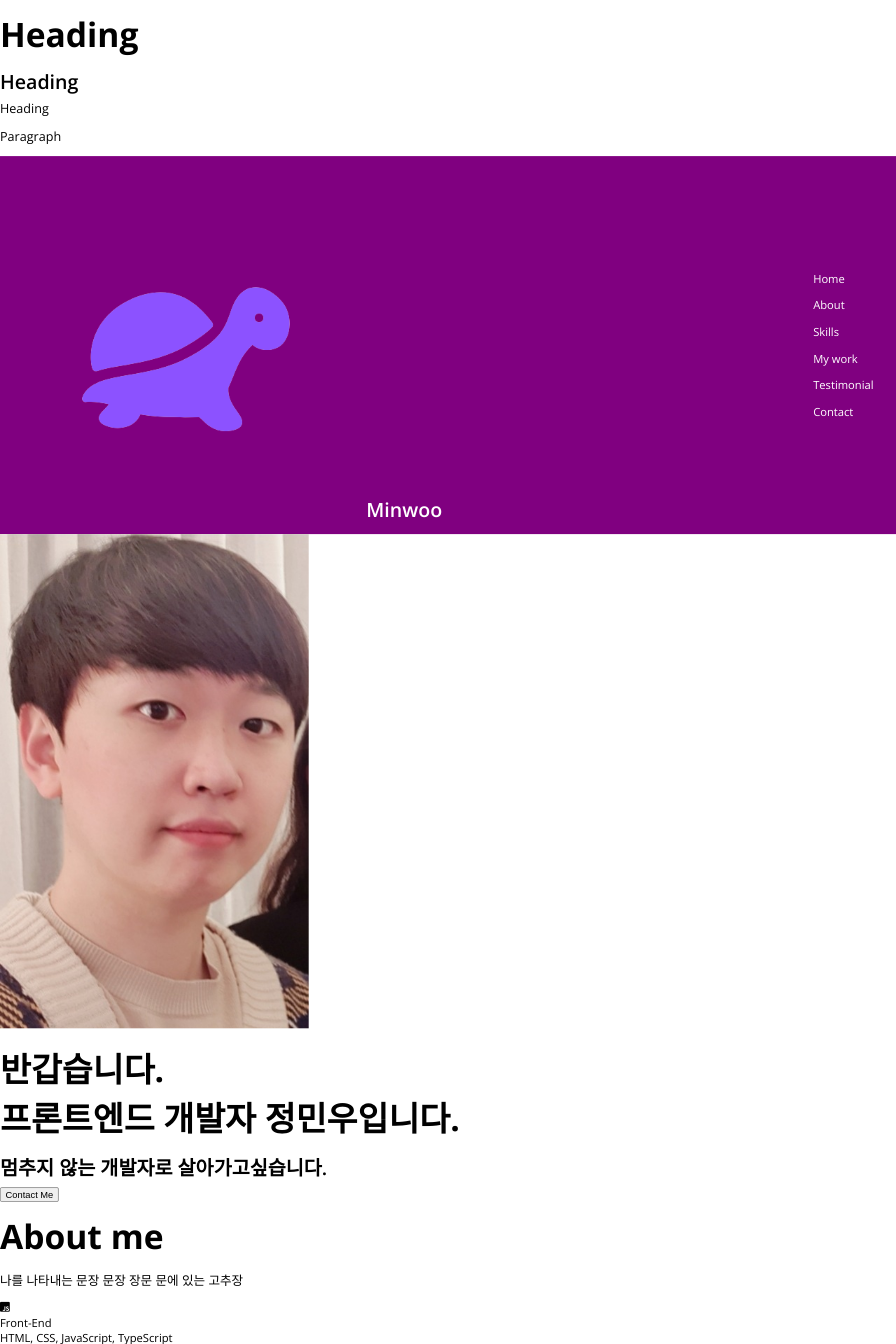
Repository: DevMinwoo-Jung/MinwooPortfolio
Page: index.html
These files come from the project's save history. The page is drawn as it stood at one moment and after the next save; the edit follows.
The browser window is 1280 px wide. The pictures show the part of the page from y = 0 to 1920 px (the page is 7381 px tall), at 70% of full size.

Above is the page before, as saved 2021-05-31 14:14:34.

### index.html
<!DOCTYPE html>
<html lang="en">
<head>
  <meta charset="UTF-8">
  <meta http-equiv="X-UA-Compatible" content="IE=edge">
  <meta name="viewport" content="width=device-width, initial-scale=1.0">
  <title>Minwoo's Portfolio</title>
  <meta name="description" content="(will be) world-renowned Front-End Web developer Minwoo">
  <meta name="author" content= "Minwoo Jung">
  <link rel="icon" type ="image/png" href="imgs/favicon.png">
  <link rel="stylesheet" href="https://use.fontawesome.com/releases/v5.15.3/css/all.css" integrity="sha384-SZXxX4whJ79/gErwcOYf+zWLeJdY/qpuqC4cAa9rOGUstPomtqpuNWT9wdPEn2fk" crossorigin="anonymous">
  <link rel="preconnect" href="https://fonts.gstatic.com">
<link href="https://fonts.googleapis.com/css2?family=Open+Sans:wght@400;600;700&display=swap" rel="stylesheet">
<link rel="stylesheet" href="style.css">
<script src="main.js" defer></script>
</head>
<body>
  <h1>Heading</h1>
  <h2>Heading</h2>
  <h3>Heading</h3>
  <p>Paragraph</p>
  <!-- Navbar -->
  <nav id="navbar">
    <div class="navbar__logo">
      <img src="imgs/favicon.png" alt="">
      <a href="#">Minwoo</a>
    </div>
      <ul class="nvabar__menu">
        <li class="navbar__menu__item">Home</li>
        <li class="navbar__menu__item">About</li>
        <li class="navbar__menu__item">Skills</li>
        <li class="navbar__menu__item">My work</li>
        <li class="navbar__menu__item">Testimonial</li>
        <li class="navbar__menu__item">Contact</li>
      </ul>
  </nav>
  <!-- Home -->
  <section id="home">
    <img src="imgs/myPhoto.jpg" alt="Minwoo's profile photo" class="home__avatar">
    <h1 class="home__title">반갑습니다. <br> 프론트엔드 개발자 정민우입니다.</h1>
    <h2 class="home__description">멈추지 않는 개발자로 살아가고싶습니다.</h2>
    <button class="home__contact">Contact Me</button>
  </section>
  <!-- About -->
  <section id="about">
    <h1>About me</h1>
    <p>나를 나타내는 문장 문장 장문 문에 있는 고추장</p>
    <div class="about__majors">
      <div class="major">
        <div class="major__icon">
          <i class="fab fa-js-square"></i>
        </div>
        <div class="major__title">Front-End</div>
        <div class="major__description">
          HTML, CSS, JavaScript, TypeScript
        </div>
      </div>
      <div class="major">
        <div class="major__icon">
          <i class="fab fa-node"></i>
        </div>
        <div class="major__title">Back-End</div>
        <div class="major__description">
          HTML, CSS, JavaScript, TypeScript
        </div>
      </div>
      <div class="major">
        <div class="major__icon">
          <i class="fab fa-react"></i>
        </div>
        <div class="major__title">Framework</div>
        <div class="major__description">
          HTML, CSS, JavaScript, TypeScript
        </div>
      </div>
    </div>
    <div class="aoubt__jobs">
      <img src="imgs/school.png" alt="" class="job__logo">
      <p class="job__period">쌍용교육센터 - 2019.09 ~ 2020.04</p>
      <img src="imgs/school.png" alt="" class="job__logo">
      <p class="job__period">호서대학교 - 2012.02 ~ 2017.02</p>
    </div>



  </section>
  <!-- Skills -->
  <section id="skills">
    <h1>Skills</h1>
    <h2>Skills & Attributes</h2>
    <p>
      나를 잘 포장할 말을 쓰면 된다
    </p>
    <div class="skillset">
      <div class="skillset__left">
        <h3 class="skillset__title">Skills</h3>
        <div class="skill">
          <div class="skill__description">
            <span>HTML</span>
            <span>90%</span>
          </div>
          <div class="skill__bar">
            <div class="skill__value"></div>
          </div>
        </div>
        <div class="skill">
          <div class="skill__description">
            <span>JavaScript</span>
            <span>90%</span>
          </div>
          <div class="skill__bar">
            <div class="skill__value"></div>
          </div>
        </div>
        <div class="skill">
          <div class="skill__description">
            <span>CSS</span>
            <span>90%</span>
          </div>
          <div class="skill__bar">
            <div class="skill__value"></div>
          </div>
        </div>
        <div class="skill">
          <div class="skill__description">
            <span>TypeScript</span>
            <span>90%</span>
          </div>
          <div class="skill__bar">
            <div class="skill__value"></div>
          </div>
        </div>
        <div class="skill">
          <div class="skill__description">
            <span>NodeJs</span>
            <span>90%</span>
          </div>
          <div class="skill__bar">
            <div class="skill__value"></div>
          </div>
        </div>
      </div>
      <div class="skillset__right">
        <div class="tools">
          <h3 class="skillset__title">Tools</h3>
          <ul class="tools__list">
            <li><span>Visual Studio Code</span></li>
            <li><span>1</span></li>
            <li><span>2</span></li>
            <li><span>3</span></li>
            <li><span>4</span></li>
          </ul>
        </div>
        <div class="etc">
          <h3 class="skillset__title">Etc</h3>
          <ul class="etc__list">
            <li><span>Git</span></li>
            <li><span>Etc</span></li>
          </ul>
        </div>
      </div>
    </div>
  </section>
  <!-- Work -->
  <section id="work">
    <h1>My work</h1>
    <h3>Projects</h3>
    <div class="work__categories">
      <button class="category__btn">All <span class="category__count">8</span></button>
      <button class="category__btn">Front-End <span class="category__count">3</span></button>
      <button class="category__btn">React <span class="category__count">2</span></button>
      <button class="category__btn">vanilaJs <span class="category__count">2</span></button>
      <button class="category__btn">nodeJs <span class="category__count">1</span></button>
    </div>
    <div class="wrok__projects">
      <a href="mygithub" class="project__img" target="blank" data-type="back-end">
      <img src="imgs/favicon.png" alt="project1">
      <!-- 이미지 추후에 넣자 -->
      <div class="project__description">
        <h3>Proejct</h3>
        <span>Clone coding with HTML and CSS</span>
      </div>
      </a>
      <a href="mygithub" class="project__img" target="blank" data-type="back-end">
        <img src="imgs/favicon.png" alt="project1">
        <!-- 이미지 추후에 넣자 -->
        <div class="project__description">
          <h3>Proejct</h3>
          <span>Clone coding with HTML and CSS</span>
        </div>
        </a>
        <a href="mygithub" class="project__img" target="blank" data-type="back-end">
          <img src="imgs/favicon.png" alt="project1">
          <!-- 이미지 추후에 넣자 -->
          <div class="project__description">
            <h3>Proejct</h3>
            <span>Clone coding with HTML and CSS</span>
          </div>
          </a>
          <a href="mygithub" class="project__img" target="blank" data-type="back-end">
            <img src="imgs/favicon.png" alt="project1">
            <!-- 이미지 추후에 넣자 -->
            <div class="project__description">
              <h3>Proejct</h3>
              <span>Clone coding with HTML and CSS</span>
            </div>
            </a>
    </div>
  </section>
  <!-- Testimonials -->
  <section id="testimonials">
    <h1>Testmonials</h1>
    <h3>See what they say about me</h3>
    <div class="testmonials">
      <div class="testimonial">
        <img src="imgs/testimonail/people.jpg" alt="" class="testimonial__avatar">
        <div class="testimonail__speech-bubble">
          <p>qmffkqmffk</p>
          <p class="name"><a href="">이름</a>일한곳</p>
        </div>
      </div>
      <div class="testimonial">
        <img src="imgs/testimonail/people.jpg" alt="" class="testimonial__avatar">
        <div class="testimonail__speech-bubble">
          <p>qmffkqmffk</p>
          <p class="name"><a href="">이름</a>일한곳</p>
        </div>
      </div>
    </div>
  </section>
  <!-- Contact -->
  <section id="contact">
    <h1 class="contact__title">Let's talk</h1>
    <h2 class="contact__email">applejung312@gmail.com</h2>
    <div class="contact__links">
      <a href="https://github.com/DevMinwoo-Jung" target="_blank">
        <i class="fab fa-github"></i>
      </a>
      <a href="https://dev-minwoo.tistory.com/" target="_blank">
        <i class="fas fa-blog"></i>
      </a>
    </div>
    <p class="contact__right">
      2021 Minwoo Jung - All rights reseverd
    </p>
  </section>
</body>
</html>

### style.css
/* Global */
:root {
  /* Color */
  --color-white: #ffffff;
  --color-light-white: #eeeeee;
  --color-dark-white: #bdbdbd;
  --color-pink: #fe918d;
  --color-dark-pink: #ff6863;
  --color-dark-grey: #4d4d4d;
  --color-grey: #616161;
  --color-light-grey: #7c7979;
  --color-blue: #73aace;
  --color-yellow: #fff7d1;
  --color-orange: #feb546;
  --color-black: #000000;
  --color-dard-purple: rgb(78, 23, 69);

  /* Font size */
  --font-large: 48px;
  --font-medium: 28px;
  --font-regular: 18px;
  --font-small: 16px;
  --font-micro: 14px;

  /* Font weight */
  --weight-bold: 700;
  --weight-semi-bold: 600;
  --weight-regular: 400;

  /* Size */
  --size-border-radius: 4px;
}

/* Universal tags */
* {
  box-sizing: border-box;
}

/* Typography */
h1 {
  font-size: var(--font-large);
  font-weight: var(--weight-bold);
  color: var(--color-black);
  margin: 16px 0px;
}

h2 {
  font-size: var(--font-medium);
  font-weight: var(--weight-semi-bold);
  color: var(--color-black);
  margin: 8px 0;
}

h3 {
  font-size: var(--font-regular);
  font-weight: var(--weight-regular);
  color: var(--color-black);
  margin: 8px 0;
}

p {
  font-size: var(--font-regular);
  font-weight: var(--weight-regular);
  color: var(--color-black);
  margin: 16px 0;
}

body {
  margin: 0;
  font-family: "Open Sans", sans-serif;
  cursor: default;
}

a {
  text-decoration: none;
  color: var(--color-white);
}

ul {
  list-style: none;
  padding-left: 0;
}

/* Navbar */
#navbar {
  display: flex;
  justify-content: space-between;
  background-color: purple;
  align-items: center;
  color: var(--color-white);
  padding: 16px;
}

.navbar__menu {
  display: flex;
}

.navbar__menu__item {
  padding: 8px 12px;
  margin: 0 4px;
  cursor: pointer;
  border-radius: var(--size-border-radius);
}

.navbar__logo {
  font-size: var(--font-medium);
  font-weight: var(--weight-semi-bold);
}

.navbar__menu__item--active {
  border: 1px solid var(--color-white);
}

.navbar__menu__item:hover {
  background-color: var(--color-dard-purple);
}

/* Home */
#home {
  background-color: url("imgs/background\ Img.png");
}

Loaded but not shown: main.js (no copy from this time; the picture is the same without it)

After the next save:
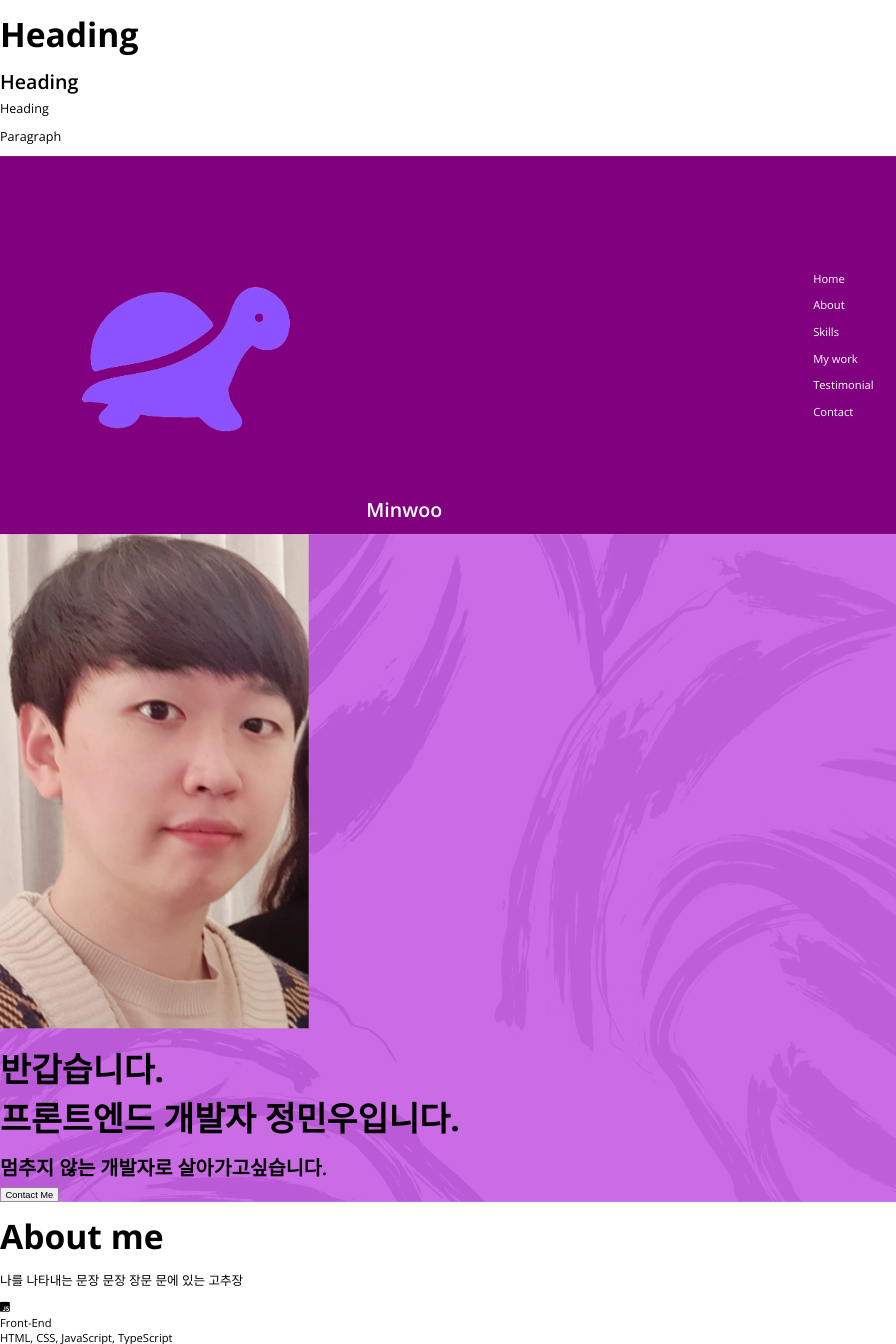
Saved 14 s later.
--- a/style.css
+++ b/style.css
@@ -117,5 +117,5 @@ ul {
 
 /* Home */
 #home {
-  background-color: url("imgs/background\ Img.png");
+  background: url("imgs/background\ Img.png");
 }
